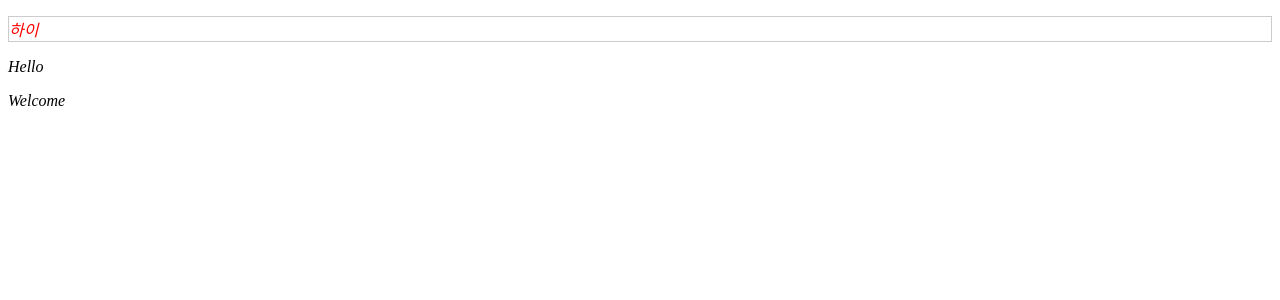
Repository: Baechangho/JavaBasic
Page: workspace_web/Front/src/main/webapp/jquery/jq_03.html
The author's editor kept a copy of each file at every save. The page is drawn from the files as they stood at one save, then again after the next save.
The browser window is 1280 px wide. The pictures show the whole page.

Above is the page before, as saved 2023-08-09 03:06:38.

After the next save:
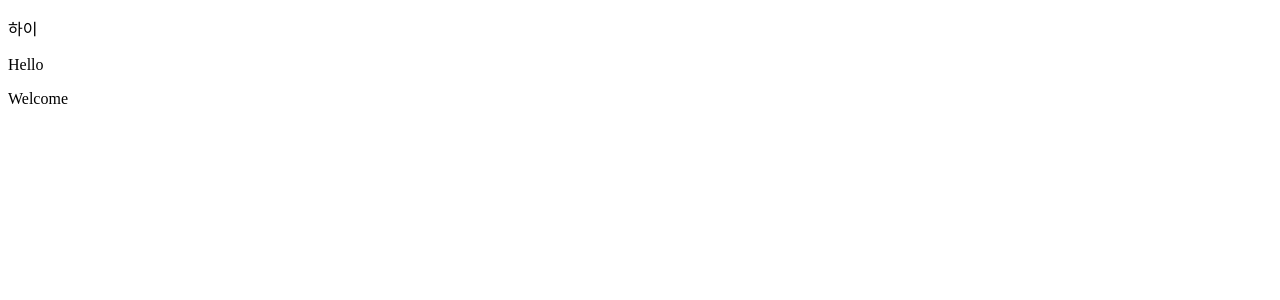
Console error (its wording comes from the project's code and is left out).
Saved 97 s later.
--- a/workspace_web/Front/src/main/webapp/jquery/jq_03.html
+++ b/workspace_web/Front/src/main/webapp/jquery/jq_03.html
@@ -65,7 +65,8 @@
 	//JS DOM 객체 -> jQuery DOM 객체
 	var $p2 = $(p2)
 
-
+	p2.style.color = 'tomato'
+	#p2.css('background-color', '#ccc')
 
 
 

After the save that followed:
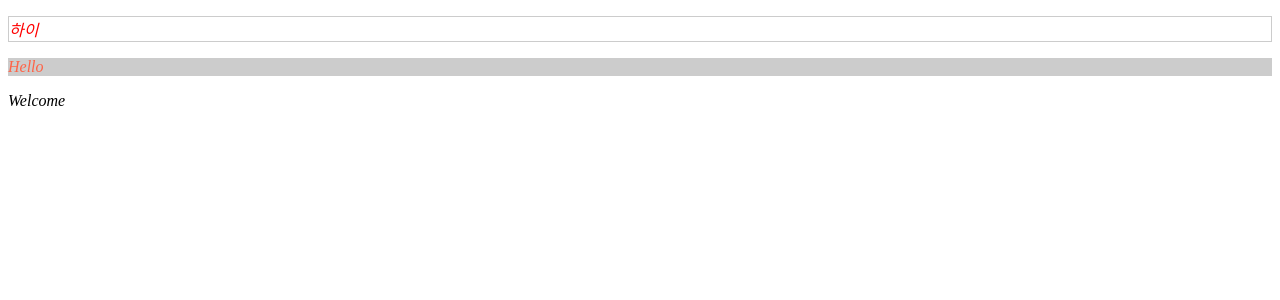
The error is gone.
Saved 4 s later.
--- a/workspace_web/Front/src/main/webapp/jquery/jq_03.html
+++ b/workspace_web/Front/src/main/webapp/jquery/jq_03.html
@@ -66,7 +66,7 @@
 	var $p2 = $(p2)
 
 	p2.style.color = 'tomato'
-	#p2.css('background-color', '#ccc')
+	$p2.css('background-color', '#ccc')
 
 
 
